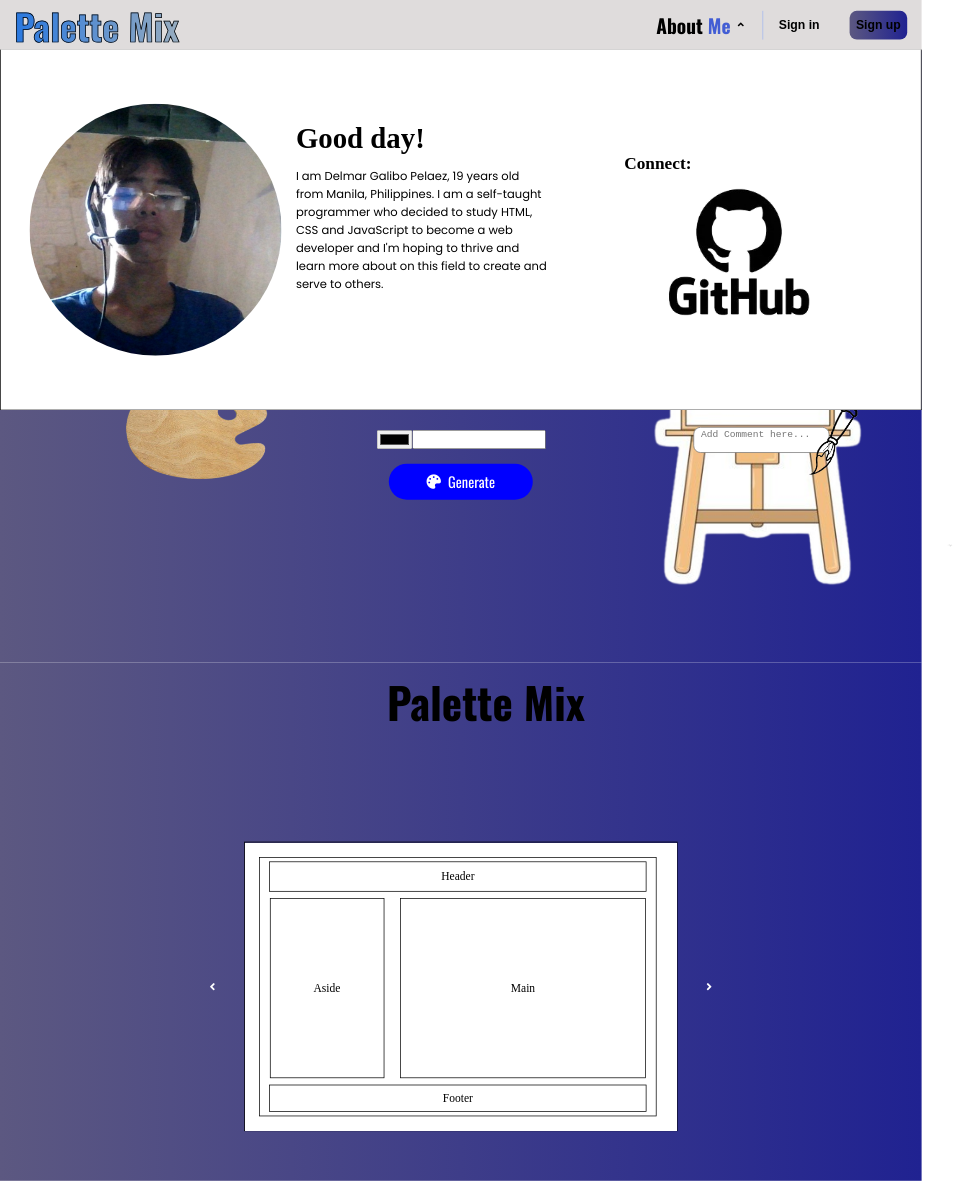
Repository: dmpelaez/Login-Signup-form
Page: Color/colorHeader.html
The author's editor kept a copy of each file at every save. The page is drawn from the files as they stood at one save, then again after the next save.
The browser window is 1280 px wide. The page is 1353 px wide, so the pictures cover 1353 px, including what lies to the right of the window. The pictures show the whole page, at 72% of full size.
Some web libraries are served in a nearby version.

Above is the page before, as saved 2025-12-12 18:14:26.

### Color/colorHeader.html
<!DOCTYPE html>

  <html lang="en" dir="ltr">

    <head>

      <title>Palette Mix</title>
      <!--Style-->
      <link rel="stylesheet" href="colorHeader.css">
      <link rel="stylesheet" href="colorMain.css">
      <link rel="stylesheet" href="https://cdnjs.cloudflare.com/ajax/libs/font-awesome/5.14.0/css/all.min.css">
    </head>
    <body>

      <header class="color-header">
        <!--Title-->
        <a href="colorHeader.html">
          <section id="title" class="color-title">
            Palette Mix
          </section>
        </a>

        <!--End-->

        <!--Right side navigation bar-->
        <section class="navigation-bar">

          <!--About me-->
          <button class="about-me">
            <span class="aboutme">About <span class="me-text">Me</span></span>
            <i class="fas fa-angle-up"></i>
          </button>

          <!--Login & Signup form-->
          <div class="signin-signup">
            <button class="sign-in">
              Sign in
            </button>
            <button class="sign-up">
              Sign up
            </button>
          </div>
        </section>
        <!--End-->
        <div class="aboutmeSection">
          <div class="sectionAboutme">

            <img class="imageofme" alt="Creator Image" src="WIN_20241001_13_05_33_Pro.jpg">
            <P class="gd">Good day!</P>
            <p class="introduction">
              I am Delmar Galibo Pelaez, 19 years old from Manila, Philippines.
              I am a self-taught programmer who decided to study HTML, CSS and JavaScript to become
              a web developer and I'm hoping to thrive and learn more about on this field to create and serve to others.
            </p>

          </div>

          <div class="connectSection">
            <div class="contacts">
              <h2 class="connect-text">Connect:</h2>
              <a class="githubLink" href="#">
                 <img class="github" alt="Github" src="download__1_-removebg-preview.png">
              </a>

              <a class=""
            </div>

          </div>

        </div>


      </header>

      <main class="mainpage">

        <!--Main page-->
        <div class="main-page">

          <section class="title1">

            <h1 class="intro">Your color palettes generator!</h1>

            <h3 class="little-info">Create the perfect palette and get inspired by thousands of beautiful color schemes.</h3>
            <div class="sliding">
              <div class="colors">
              </div>
              <div class="colors2">
              </div>
              <div class="colors3">
              </div>
               <div class="colors4">
              </div>
            </div>

            <div class="colorSearch">
              <input type="color" class="colorbox">
              <Input type="text"  class="textbox">
              <img class="brush" src="brush.png">
              <img class="plate" src="plate.png">
              <img class="board" src="board.png">
                <div class="comment-section">
                  <h3 class="comment-text">Comment Here!</h3>
                  <ul class="comment-list"></ul>
                  <textarea class="comment-input" placeholder="Add Comment here..."></textarea>
                </div>
              </img>

            </div>

            <button class="generator">
              <i class="fas fa-palette"></i>
              Generate
            </button>
          </section>


        </div>

        <div class="theWhole">
          <div class="paletteText">Palette Mix</div>
          <div class="colorGenerator">
          </div>

          <div class="wholeDesign">
          <i id="leftIcon" class="fas fa-angle-left"></i>
              <div class="divBox">

            <!--Design 1-->


            <div class="divScroll">
              <div  class="div1">
                <div id="randomBox1" class="divpage1">
                  <header id="randomBox2" class="headerDiv1">Header</header>
                  <main  id="randomBox3" class="mainDiv1">
                    <div id="randomBox4" class="asideDiv1">Aside</div>
                    <div id="randomBox5" class="frontDiv1">Main</div>
                  </main>
                  <footer id="randomBox7" class="footerDiv1">Footer</footer>
                </div>
              </div>
              <!--Design 2-->
              <div  class="div2">
                <div id="randomBox1" class="divpage2">
                  <header id="randomBox2" class="headerDiv2">Header</header>
                    <div id="randomBox4" class="asideDiv2">Aside</div>
                    <div id="randomBox5" class="frontDiv2">Main</div>
                  <footer id="randomBox7" class="footerDiv2">Footer</footer>
                </div>
              </div>

              <!--Design 3-->

              <div  class="div3">
                <div id="randomBox1" class="divpage3">
                  <header id="randomBox2" class="headerDiv3">Header</header>
                    <div class="navBar">Navigation</div>
                    <div id="randomBox4" class="asideDiv3">Aside</div>
                    <div id="randomBox4" class="asideDiv32">Aside</div>
                    <div id="randomBox5" class="frontDiv3">Main</div>

                  <footer id="randomBox7" class="footerDiv3">Footer</footer>
                </div>
              </div>

            </div>
          </div>
          <i id="rightIcon"class="fas fa-angle-right"></i>



        </div>

        </div>


      </main>


      <script type="module" src="color.js"></script>

    </body>

  </html>

### Color/colorHeader.css
@import url('https://fonts.googleapis.com/css2?family=Anton&family=Oswald:wght@200..700&family=Poppins:ital,wght@0,100;0,200;0,300;0,400;0,500;0,600;0,700;0,800;0,900;1,100;1,200;1,300;1,400;1,500;1,600;1,700;1,800;1,900&family=Roboto:ital,wght@0,100..900;1,100..900&display=swap');

body {
  margin: 0;
  padding: 0;
}

.color-header {
  display: flex;
  justify-content: space-between;
  align-items: center;
  padding-left: 20px;
  padding-right: 20px;
  background: rgb(223, 220, 220);
  box-sizing: border-box;
  position: fixed;
  right: 0;
  left: 0;
  top: 0;
  height: 70px;
  border-bottom: 1px solid gray;
  z-index: 2;
}
@media (max-width: 670px) {
  .color-header {
    gap: 30px;
  }
}

a {
  text-decoration: none;
  flex-shrink: 0;
}

.color-title {
font-family: "Oswald", sans-serif;
font-weight: bold;
display: flex;
height: 50px;
font-size: 50px;
justify-content: start;
align-items: center;
-webkit-text-stroke: 1px black;
background: linear-gradient(90deg, rgb(41, 120, 224), rgb(150, 171, 190));
-webkit-background-clip: text;
-webkit-text-fill-color: transparent;
transition: all 0.3s ease;
cursor: pointer;
flex-shrink: 0;
}




.navigation-bar {
  display: Flex;
  justify-content: space-between;
  align-items: center;
  gap: 20px;
  height: 50px;
}
.signin-signup {
  display: Flex;
  border-left: 1px solid rgb(162, 183, 240);
  justify-content: space-between;
  align-items: center;
  gap: 30px;
  height: 40px;
  padding-left: 10px;
}

.sign-up {
  height: 40px;
  width: 80px;
  border-radius: 10px;
  border: none;
  background: transparent;
  color: black;
  font-family: arial;
  font-weight: bold;
  font-size: 17px;
  cursor: pointer;
  background: linear-gradient(90deg, rgb(92, 88, 129), rgb(32, 34, 145));
}
.sign-in {
  height: 40px;
  width: 80px;
  border-radius: 10px;
  border: none;
  background: transparent;
  color: black;
  font-family: arial;
  font-weight: bold;
  font-size: 17px;
  cursor: pointer;

}
.sign-in:hover,
.sign-up:hover {
background: linear-gradient(90deg, rgb(92, 88, 129), rgb(32, 34, 145));
  color: white;
}
.about-me {
  display: flex;
  justify-content: space-evenly;
  height: 40px;
  align-items: center;
  background-color: transparent;
  border: none;
  cursor: pointer;
  border-radius: 5px;
  flex-shrink: 0;
}
.about-me:hover {
  color: white;
  background: linear-gradient(90deg, rgb(92, 88, 129), rgb(32, 34, 145));
}
.aboutme {
  font-weight: bold;
  font-size: 27px;
  font-family: "Oswald";

}

.me-text {
  margin-right: 10px;
  color: rgb(66, 93, 212);
}

### Color/colorMain.css
@import url('https://fonts.googleapis.com/css2?family=Anton&family=Luckiest+Guy&family=Oswald:wght@200..700&family=Poppins:ital,wght@0,100;0,200;0,300;0,400;0,500;0,600;0,700;0,800;0,900;1,100;1,200;1,300;1,400;1,500;1,600;1,700;1,800;1,900&family=Roboto:ital,wght@0,100..900;1,100..900&display=swap');

body {
  height: 1580px;
}

.mainpage {
margin-top: 70px;
display: grid;
max-width: 1900px;
flex-shrink: 0;
position: relative;
}



.main-page {

}
.intro {
  font-weight: bold;
  font-size: 95px;
  white-space: wrap;
  font-family: "Oswald";
  flex-shrink: 0;
  display: flex;
  margin: 0px;
}


.aboutmeSection {
  display: flex;
  position: absolute;
  border: 1px solid black;
  background-color: white;
  left: 0;
  top: 100%;
  right: 0%;
  border-top: none;
  height: 500px;
  justify-content: space-between;
  align-items: center;
}
.sectionAboutme {
  display: flex;
  height: 200px;
  justify-content: center;
 align-items: center;
 position: relative;
 gap: 20px;
 padding-left: 40px;
}
.imageofme {
  width: 350px;
  height: 350px;
  object-fit: cover;
  border-radius: 50%;
}
.introduction {
  width: 350px;
  font-family: "Poppins";
}
.gd {
  font-weight: bold;
  font-size: 40px;
  white-space: nowrap;
  position: absolute;
  top: -90px;
  left: 410px;
}




.title1 {
  display: flex;
  flex-direction: column;
    width: 100%;
  height: 800px;
  justify-content: start;
  position: relative;
  padding-top: 50px;
  align-items: center;
 background: linear-gradient(90deg, rgb(92, 88, 129), rgb(32, 34, 145));
 transition: background 6s ease;

}


.animate-gradient {
  animation: gradientShift 6s infinite alternate;
}

.little-info {

  font-size: 19px;
  color: rgb(0, 0, 0);
  font-family: "Poppins";
}

.letters {
  display: inline-block;
  margin: 2px;
}

.letters:hover {
  cursor: pointer;
  transition: text-shadow 0.3s ease;

  animation: wiggle 0.2s infinite alternate;
}


@keyframes wiggle {
  from {transform: translateX(0);}
  to {transform: translateX(-10px);}
}
.colors,
.colors2,
.colors3,
.colors4  {
  display: flex;

   width: 500px;
  height: 150px;
  justify-content: center;

   gap: 10px;
}
.colors div,
.colors2 div,
.colors3 div,
.colors4 div {
  display: Flex;
  height: 145px;
  flex-direction: row;
  width: 200px;
  justify-content: center;
}
.box {
  display: Flex;
  align-items: center;
  justify-content: center;
  font-weight: bold;
  font-size: 19px;
  text-transform: uppercase;
  cursor: pointer;

  border-radius: 10px;
}
.sliding {

  height: 250px;
 position: relative;
 overflow: hidden;
 margin-bottom: 20px;
}
.colors,
.colors2,
.colors3,
.colors4 {
  animation: scrollUp 6s linear infinite;

}


@keyframes scrollUp {
  0%   { transform: translateY(0); }
  25%   { transform: translateY(-50%); }
  50%   { transform: translateY(-100%); }
  75%   { transform: translateY(-150%); }
  100% { transform: translateY(-205%); }
}

.colorSearch {
  display: Flex;
  position: relative;
}
.brush {
  position: absolute;
  width: 300px;
  object-fit: cover;
  z-index: 1;
  top: -250px;
  right: -580px;
  pointer-events: none;
}
.plate {
  position: absolute;
  width: 200px;
  left: -350px;
  top: -70px;


}
.board {
  position: absolute;
  width: 600px;
  top: -330px;
  left: 230px;
  pointer-events: none;
}

.comment-section {
  position: absolute;
  right: -394px;
  bottom: -20%;
  display: flex;
  flex-direction: column;
  height: 250px;
  justify-content: end;
  text-align: center;

}
.comment-list {
position: absolute;
bottom: 10%;
display: flex;
align-items: left;
justify-content: start;

gap: 10px;
height: 140px;
width: 189px;
padding: 0;
left: -16px;
flex-direction: column;
overflow-y: scroll;
padding-left: 10px;
}
.comment-text {
  margin: 0px;
  Position: absolute;
  top: 45px;
  left: 20px;
  white-space: nowrap;
}
.comment-input {
display: flex;
position: initial;
padding-left: 10px;
text-align: middle;
align-items: center;
justify-content: center;
border-radius: 10px;
outline: none;
}
.comments {
  display: flex;
  justify-content: start;
  text-align: left;
  width: 160px;
  white-space: normal;
  word-wrap: break-word;
  word-break: break-all;
  overflow-wrap: break-word;
  border: 1px solid gray;
  padding: 10px;
  padding-right: 0px;
}


.generator {
  display: flex;
  background: blue;
  border: none;
  border-radius: 50px;
  height: 50px;
  align-items: center;
  justify-content: center;
  margin-top: 20px;
  width: 200px;
  font-family: "Oswald";
  font-size: 20px;
  color: white;
  cursor: pointer;
}
.generator i {
  margin-right: 10px;
}

.colorGenerator {
  display: flex;


  height: 200px;
  width: 100%;
  align-self: center;
 justify-self: center;
 align-items: center;
 justify-content: center;
 gap: 10px;

}
.generateColor {
  display: flex;
  border-width: 1px;
  border-radius: solid;
  width: 200px;
  height: 100px;
  justify-content: center;
  align-items: center;
  cursor: pointer;
  color: black;
}

.paletteText {
  font-weight: bold;
  font-family: "Oswald";
  font-size: 60px;
  position: absolute;
  left: 42%;
  top: 0;
  right: 50%;
  white-space: nowrap;
  top: 10px;

}

.theWhole {
  height: 100vh;
  display: flex;
  flex-direction: column;
  justify-content: center;
  align-items: center;
  position: relative;
 background: linear-gradient(90deg, rgb(92, 88, 129), rgb(32, 34, 145));
}

.divBox {
  border: 1px solid black;
  height: 400px;
  width: 600px;
  display: flex;
  align-items: center;
  justify-content: center;
  align-self: center;
  justify-self: center;
  gap: 20px;
  background-color: white;
  overflow-x: auto;
  scroll-behavior: smooth;
  position: relative;
}
.divBox::-webkit-scrollbar {
  display: none;
}
.wholeDesign {
  display: flex;
  justify-content: center;
  align-items: center;
  margin-bottom: 20px;
}


.divBox i {
  cursor: pointer;
  margin-right: 10px;
  margin-left: 10px;

}

.divScroll {
  display: flex;
  justify-content: space-evenly;
  height: 90%;
  min-width: 90%;
  position: absolute;
  left: 20px;
  background-color: white;
  gap: 30px;

}

.div1{
  display: grid;
  border: 1px solid black;
  min-height: 90%;
  width: 550px;
  flex-direction: column;
  z-index: 1;


}


.div2 {
 display: grid;
  border: 1px solid black;
  min-height: 90%;
  width: 550px;
  flex-direction: column;
  z-index: 1;

}
.div3 {
  display: grid;
  border: 1px solid black;
  min-height: 90%;
  width: 550px;
  flex-direction: column;
  z-index: 1;
  margin-right: 20px;

}





.divpage1 {
  display: flex;
   z-index: 2;
   flex-direction: column;
  height: 100%;
  min-width: 100%;
  justify-content: space-between;
  align-items: center;

}

.headerDiv1 {
  display: flex;
  align-items: center;
  justify-content: center;
  height: 40px;
  border: 1px solid black;
  min-width: 95%;
  margin-top: 5px;
  z-index: 2;
  background-color: white;
}
.mainDiv1{
  display: flex;
   z-index: 2;
  height: 70%;
  min-width: 95%;
  justify-content: space-between;

}
.footerDiv1 {
  display: flex;
  border: 1px solid black;
  min-width: 95%;
  justify-content: center;
  height: 10%;
  align-items: center;
  margin-bottom: 5px;
    z-index: 2;
    background-color: white;
}
.asideDiv1 {
  border: 1px solid black;
  min-width: 30%;
  display: flex;
  align-items: center;
  justify-content: center;
  z-index: 2;
  background-color: white;
}
.frontDiv1 {
  display: flex;
  border: 1px solid black;
  min-width: 65%;
  justify-content: center;
  align-items: center;
  z-index: 2;
  background-color: white;
}





.divpage2 {
  display: grid;
grid-template-columns: 150px 1fr 1fr 1fr;
grid-template-rows: 150px 1fr 1fr 1fr;
row-gap: 10px;
column-gap: 10px;
margin: 10px;
}
.headerDiv2 {
  grid-row: 1 / 3 span;
  display: flex;
  justify-content: center;
  align-items: center;
  border: 1px solid black;
  background-color: white;
}

.footerDiv2 {
  grid-row: 4 / 1 span;
  grid-column: 4 span;
  display: flex;
  justify-content: center;
  align-items: center;
  border: 1px solid black;
  background-color: white;
}


.frontDiv2 {
grid-column: 2 / 3 span;
grid-row: 1 / 2 span;
display: flex;
justify-content: center;
align-items: center;
border: 1px solid black;
background-color: white;
}
.asideDiv2 {
  grid-column: 2 / 3 span;
  display: flex;
  justify-content: center;
  align-items: center;
  border: 1px solid black;
  background-color: white;
}




.divpage3 {
  display: grid;
  grid-template-columns: 150px 1fr 150px;
  grid-template-rows: 50px 40px 1fr 1fr 40px;
  row-gap: 10px;
  column-gap: 10px;
  margin: 10px;

}
.headerDiv3 {
  grid-column: 1 / 3 span;
  display: flex;
  justify-content: center;
  align-items: center;
  border: 1px solid black;
  background-color: white;
}
.navBar {
  grid-column: 1 / 3 span;
  display: flex;
  justify-content: center;
  align-items: center;
  border: 1px solid black;
background-color: white;
}
.asideDiv3 {
  display: flex;
  border: 1px solid black;
  justify-content: center;
  align-items: center;
background-color: white;
}
.asideDiv32 {
  display: Flex;
  border: 1px black solid;
  grid-row: 4;
  justify-content: center;
  align-items: center;
  background-color: white;
}
.frontDiv3 {
  display: flex;
  justify-content: center;
  align-items: center;
  border: 1px solid black;
  grid-row: 3 / 2 span;
  grid-column: 2 / 2 span;
  background-color: white;
}
.footerDiv3 {
  display: Flex;
  align-items: center;
  justify-content: center;
  border: 1px solid black;
  grid-column: 1 / 3 span;
  background-color: white;
}




#leftIcon {
  cursor: pointer;
  color: white;
  margin-right: 20px;
  padding: 20px;
}
#rightIcon {
  cursor: pointer;
  margin-left: 20px;
  padding: 20px;
 color: white;
}

Loaded but not shown: Color/color.js (458 lines, source omitted)

After the next save:
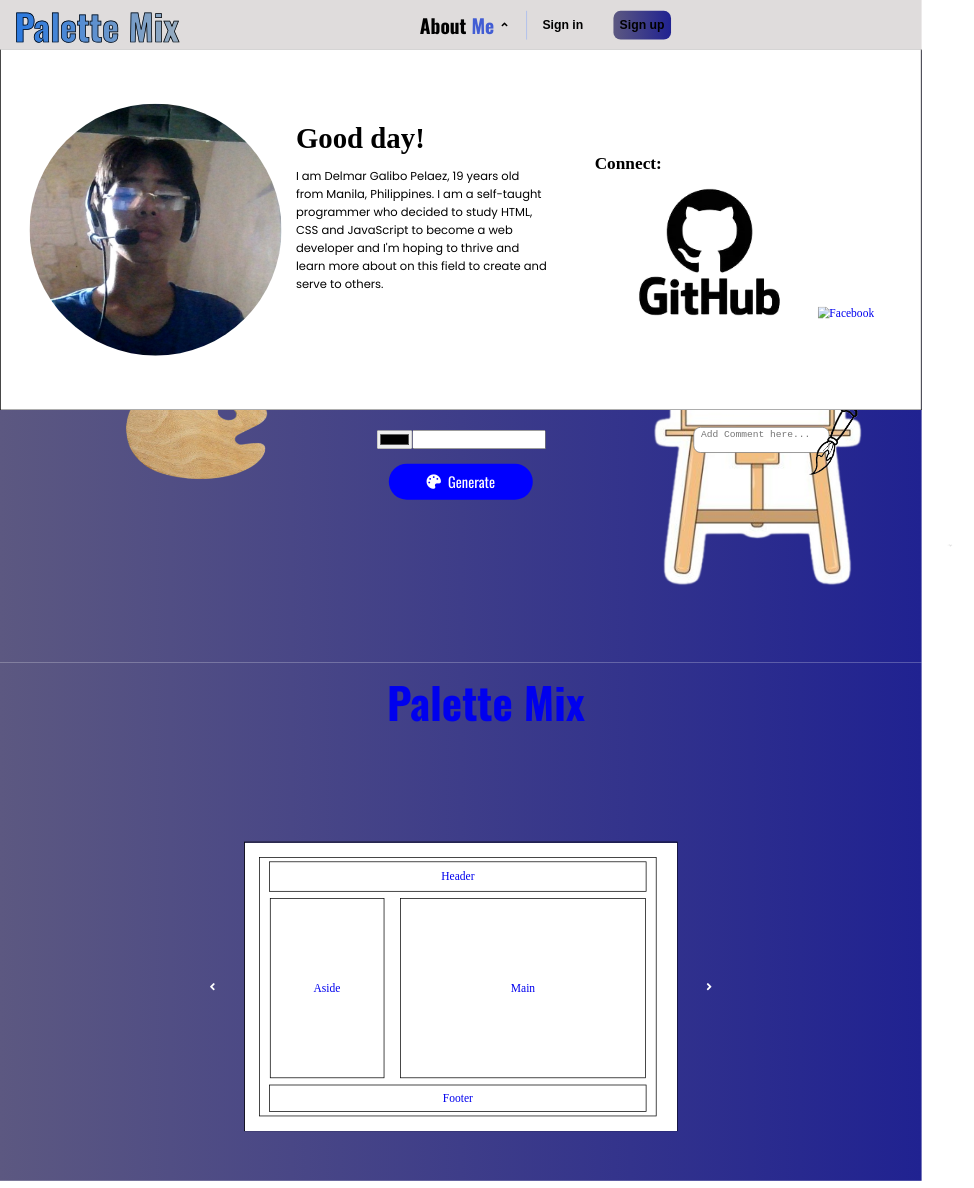
Saved 2 min 2 s later.
--- a/Color/colorHeader.html
+++ b/Color/colorHeader.html
@@ -58,11 +58,12 @@
           <div class="connectSection">
             <div class="contacts">
               <h2 class="connect-text">Connect:</h2>
-              <a class="githubLink" href="#">
+              <a class="githubLink" href="#" target="_blank">
                  <img class="github" alt="Github" src="download__1_-removebg-preview.png">
               </a>
-
-              <a class=""
+              <a class="facebook"  href="#" target="_blank">
+                <img class="fb"  alt="Facebook"
+              </a>
             </div>
 
           </div>
--- a/Color/colorMain.css
+++ b/Color/colorMain.css
@@ -68,6 +68,7 @@ position: relative;
   top: -90px;
   left: 410px;
 }
+
 
 
 
